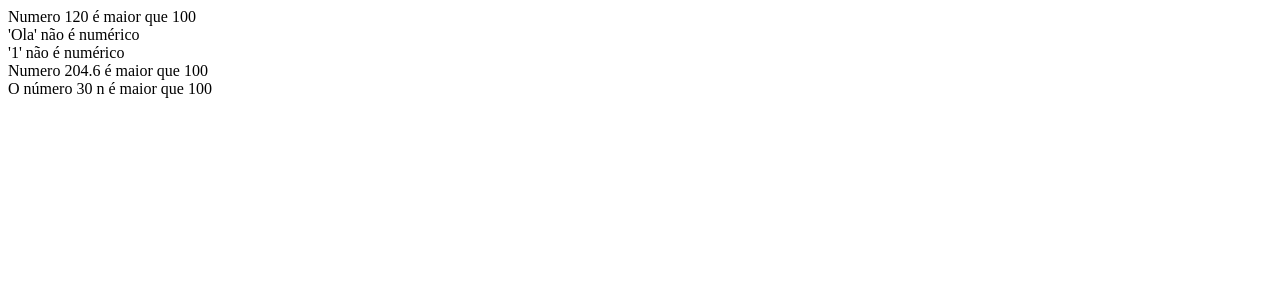
Repository: YuriSarmanho/PHPcourse
Page: http://localhost/6_estruturaControle/9_exercicio25/index.php
The author's editor kept a copy of each file at every save. The page is drawn from the files as they stood at one save, then again after the next save.
The browser window is 1280 px wide. The pictures show the whole page.
The page is run by PHP 8.4 with error messages shown; the project is at /var/www/html/.

Above is the page before, as saved 2022-08-06 21:23:50.

### 6_estruturaControle/9_exercicio25/index.php
<?php

function isHighThen100($var)
{
    if (is_int($var) || is_float($var)) {
        $mult = $var * 2;
        // echo $mult;
        if ($mult > 100) {
            echo "Numero $mult é maior que 100 <br>";
        }else{
            echo "O número $mult n é maior que 100 <br>";
        }
    }else{
        echo "'$var' não é numérico <br>";
    }
}


isHighThen100(60);
isHighThen100("Ola");
isHighThen100(true);
isHighThen100(102.3);
isHighThen100(15);

After the next save:
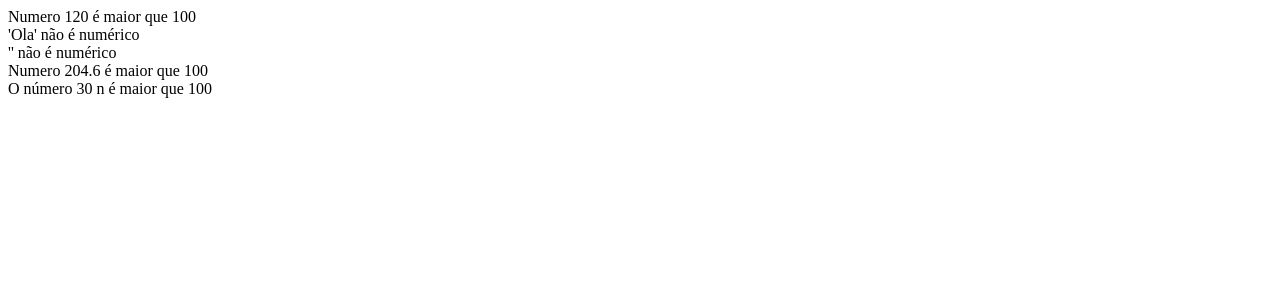
Saved 10 s later.
--- a/6_estruturaControle/9_exercicio25/index.php
+++ b/6_estruturaControle/9_exercicio25/index.php
@@ -18,6 +18,6 @@ function isHighThen100($var)
 
 isHighThen100(60);
 isHighThen100("Ola");
-isHighThen100(true);
+isHighThen100("");
 isHighThen100(102.3);
 isHighThen100(15);
